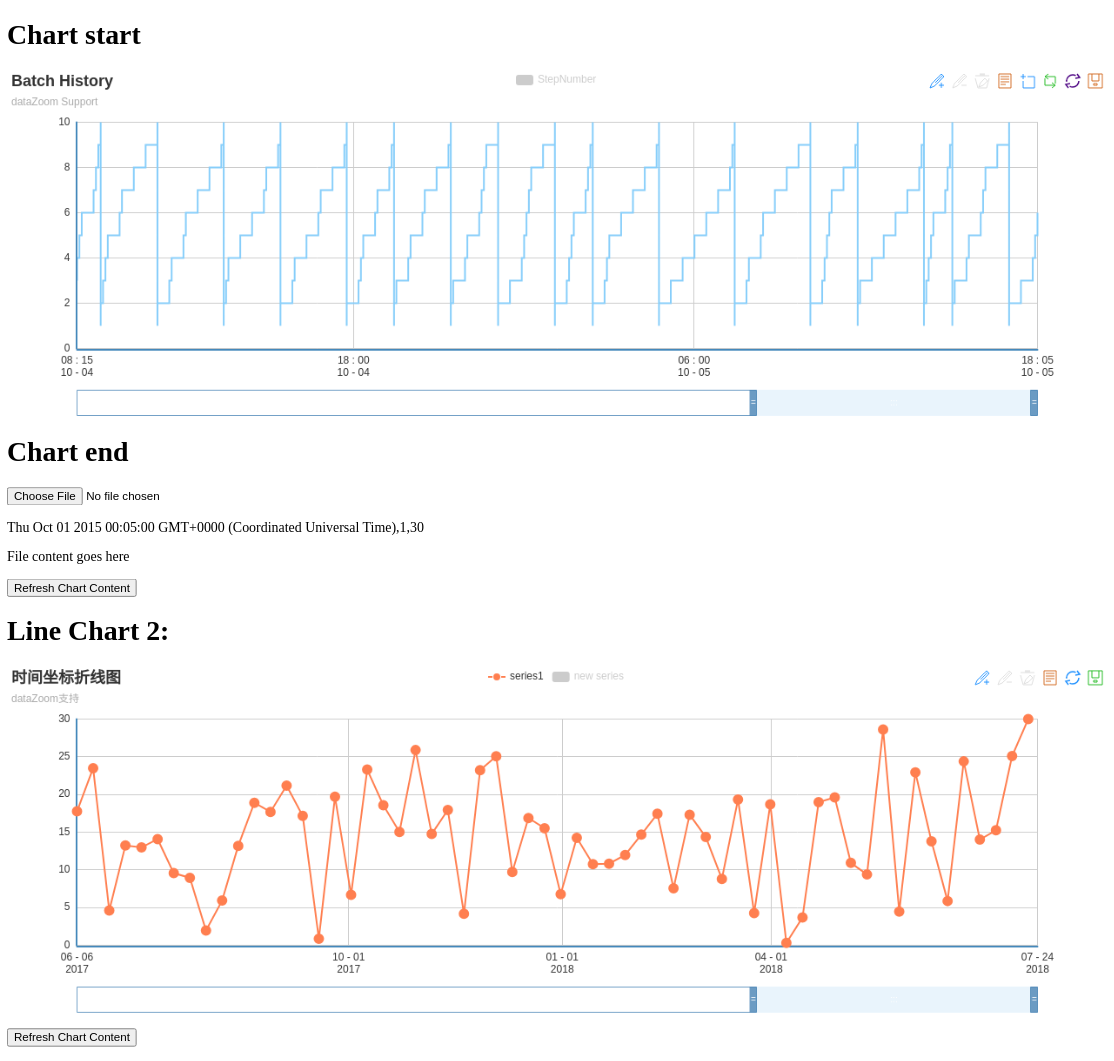
Repository: shutterfly2011/apache
Page: eChartTest/WebContent/LineChart.html
These files come from the project's save history. The page is drawn as it stood at one moment and after the next save; the edit follows.
The browser window is 1280 px wide. The pictures show the whole page, at 87% of full size.

Above is the page before, as saved 2015-10-02 02:37:47.

After the next save:
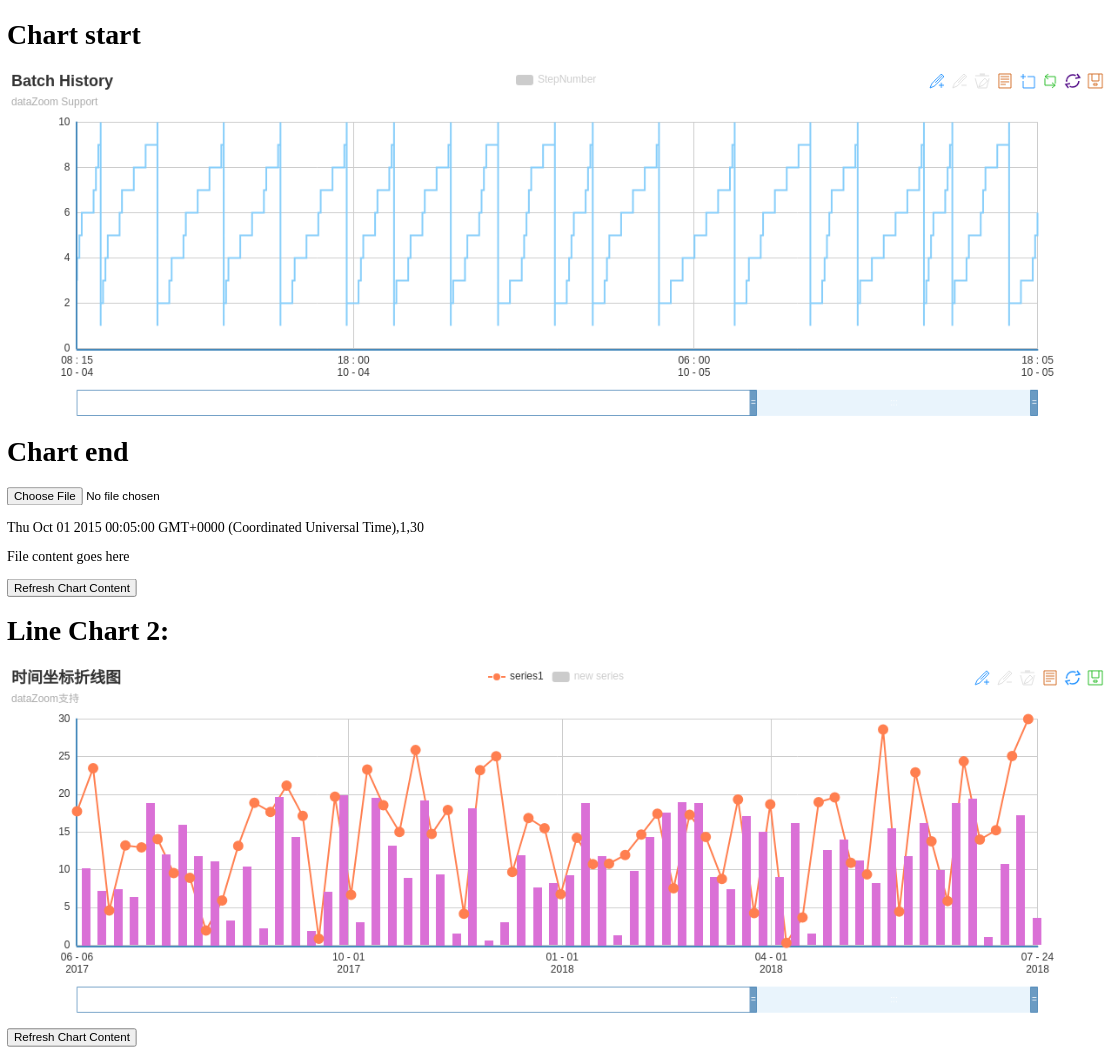
Saved 31 s later.
--- a/eChartTest/WebContent/LineChart.html
+++ b/eChartTest/WebContent/LineChart.html
@@ -371,7 +371,7 @@
 			paths:{echarts:'js'}
 		});
 		require (
-			['echarts', 'echarts/chart/line'],
+			['echarts', 'echarts/chart/line', 'echarts/chart/bar'],
 			function(ec){
 				myChart = ec.init(document.getElementById('lineChart2'));
 				myChart.setOption(getChart2Option());
